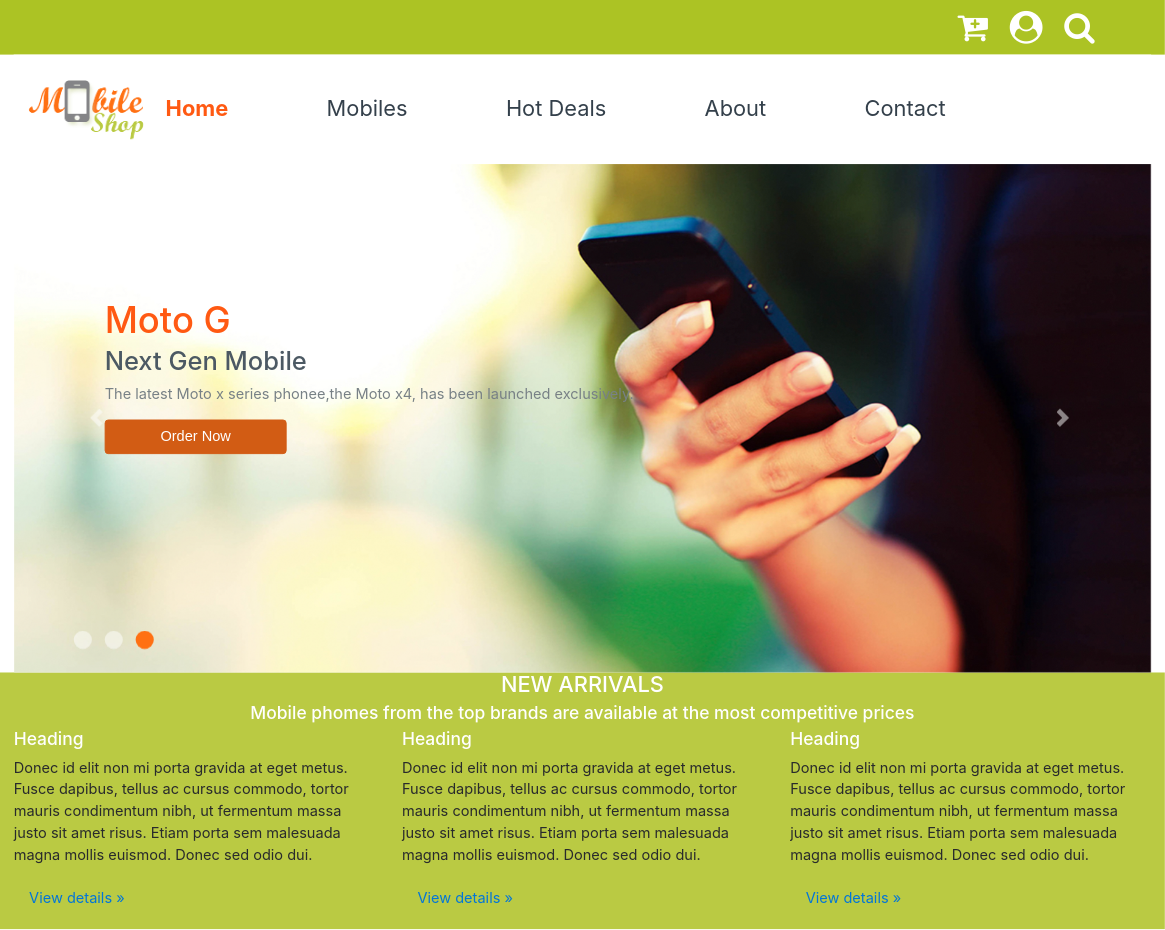
Repository: rajmohanr/mobile
Page: index.html
These files come from the project's save history. The page is drawn as it stood at one moment and after the next save; the edit follows.
The browser window is 1280 px wide. The pictures show the whole page, at 91% of full size.

Above is the page before, as saved 2018-03-31 13:24:04.
Console error (its wording comes from the project's code and is left out).

After the next save:
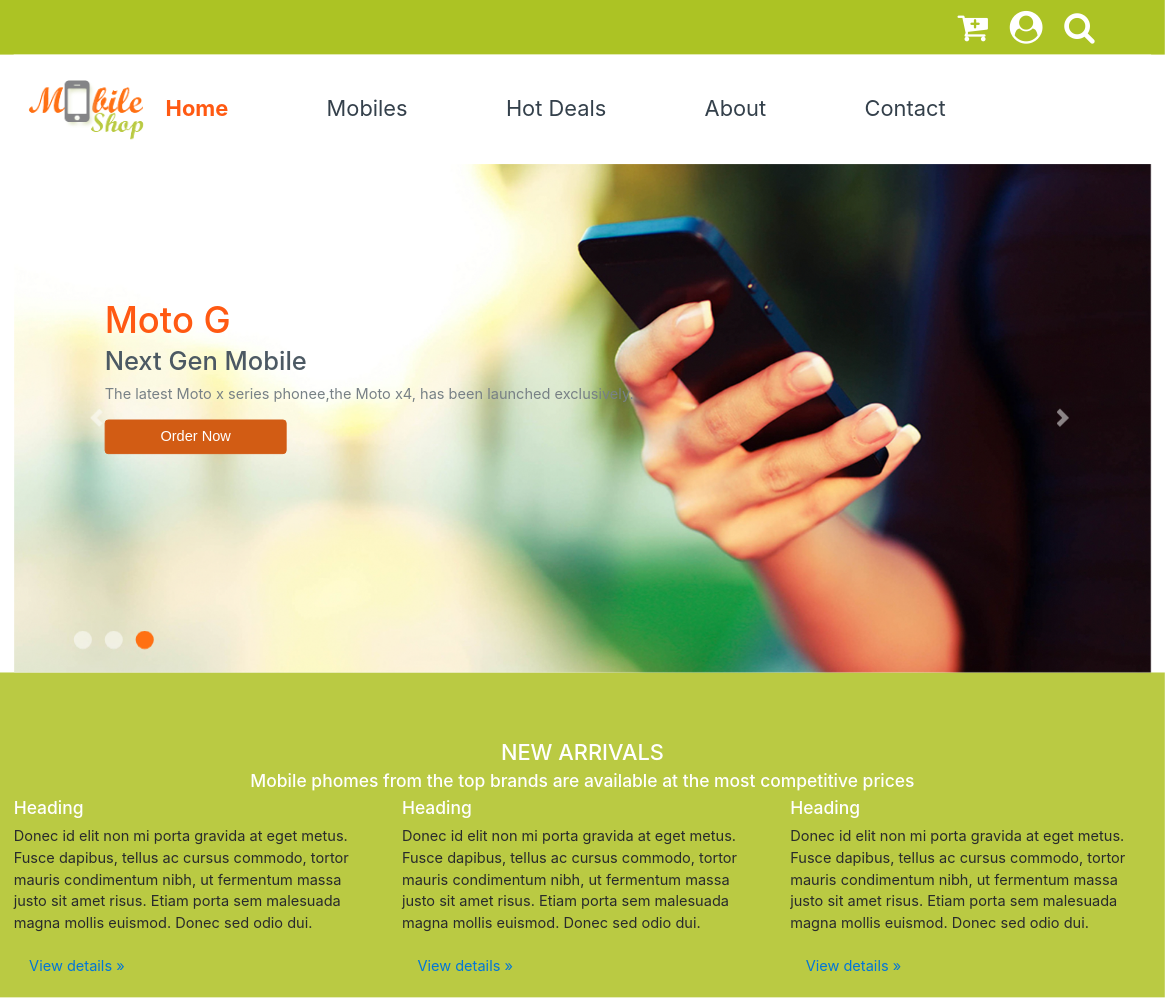
Saved 66 s later.
--- a/css/style.css
+++ b/css/style.css
@@ -83,6 +83,7 @@
 #middle-title h1{
     font-size: 1.5rem;
     color: #fff;
+    margin-top: 75px;
 }
 
 #middle-title h2{
